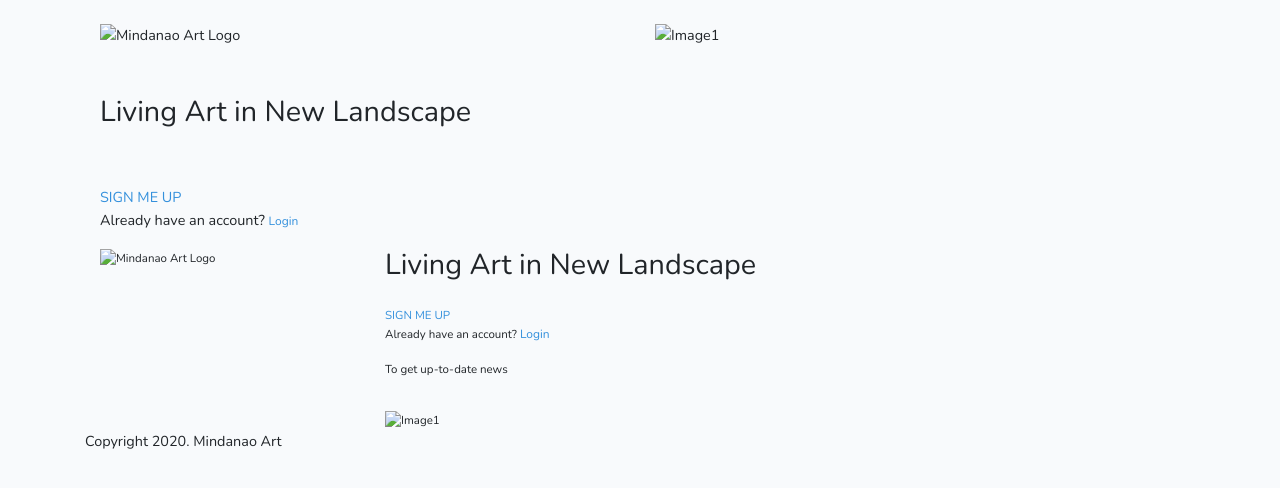
Repository: KleKlai/project-exodus
Page: http://localhost/
The author's editor kept a copy of each file at every save. The page is drawn from the files as they stood at one save, then again after the next save.
The browser window is 1280 px wide. The pictures show the whole page.
The page is served by the project's Laravel application, run on PHP 8.4 with Laravel 8.

Above is the page before, as saved 2020-10-02 18:40:37.

After the next save:
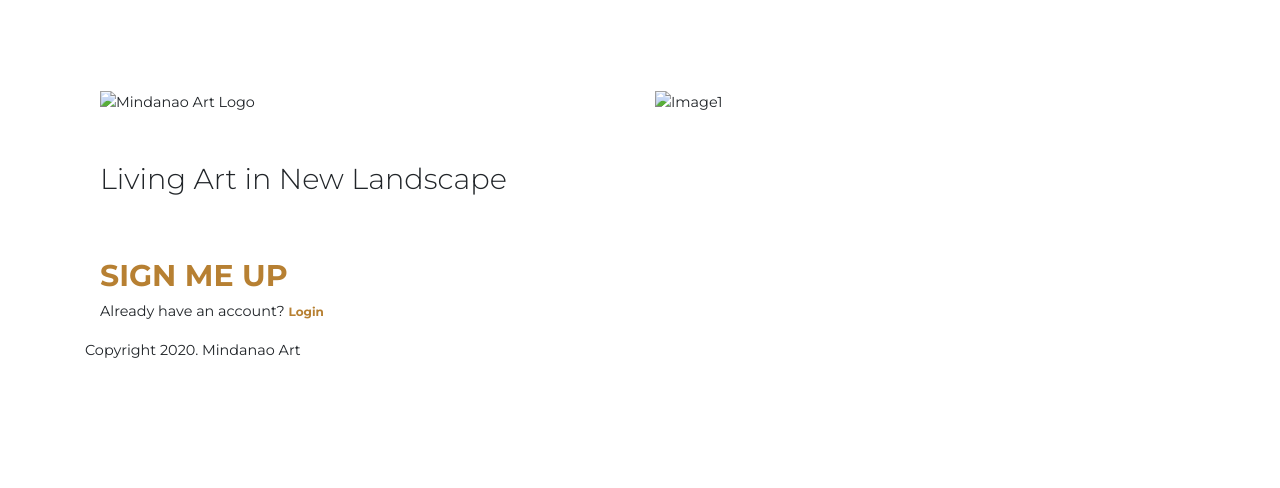
Saved 3 min 23 s later.
--- a/resources/views/welcome.blade.php
+++ b/resources/views/welcome.blade.php
@@ -22,6 +22,120 @@
 
         <!-- Styles -->
         <link href="{{ asset('css/app.css') }}" rel="stylesheet">
+
+        <style>
+            * {
+                font-family: 'Montserrat';
+            }
+
+            body {
+                background-color: white;
+            }
+
+            #pattern {
+                margin-top: 17px;
+                width: 100%;
+                background: url('/images/spattern.png');
+                background-repeat: repeat;
+                background-size: 34px 27px;
+            }
+
+            .picture {
+                width: 100%;
+            }
+
+            .small {
+                margin-top: 50px;
+                display: none;
+            }
+
+            .wide {
+                margin-top: 50px;
+            }
+
+            .column{
+                color: #b78032;
+                font-size: 35px;
+            }
+
+            #root {
+                display: grid;
+                justify-items: center;
+                grid-template-columns: 100px 10px 100px 10px 100px 10px 100px;
+                grid-template-areas:
+                    "day column1 hour column2 minute column3 second"
+                    "dayl . hourl . minutel . secondl";
+            }
+
+            h1, h2 {
+                font-weight: 300 !important;
+            }
+
+            .day { grid-area: day; font-size: 50px;}
+            .hour { grid-area: hour; font-size: 50px;}
+            .minute { grid-area: minute; font-size: 50px;}
+            .second { grid-area: second; font-size: 50px;}
+            .dayl { grid-area: dayl;}
+            .hourl { grid-area: hourl;}
+            .minutel { grid-area: minutel;}
+            .secondl { grid-area: secondl;}
+
+            .link {
+                font-size: 30px;
+                text-decoration: none;
+                color: #b78032;
+                font-weight: bold;
+            }
+
+            .link:hover{
+                text-decoration: none;
+                color: #5e4119;
+            }
+
+            @media (max-width: 992px) {
+                #root {
+                    display: grid;
+                    justify-items: center;
+                    grid-template-columns: 30px 10px 30px 10px 30px 10px 30px;
+                    grid-template-areas:
+                        "day column1 hour column2 minute column3 second"
+                        "dayl . hourl . minutel . secondl";
+                }
+
+                .day { grid-area: day; font-size: 25px; margin: 0;}
+                .hour { grid-area: hour; font-size: 25px; margin: 0;}
+                .minute { grid-area: minute; font-size: 25px; margin: 0;}
+                .second { grid-area: second; font-size: 25px; margin: 0;}
+                .dayl { grid-area: dayl; font-size: 10px; margin: 0;}
+                .hourl { grid-area: hourl; font-size: 10px; margin: 0;}
+                .minutel { grid-area: minutel; font-size: 10px; margin: 0;}
+                .secondl { grid-area: secondl; font-size: 10px; margin: 0;}
+
+                .column{
+                    color: #b78032;
+                    font-size: 15px;
+                    margin: 0;
+                }
+
+                .link {
+                    font-size: 20px;
+                }
+
+                .small {
+                    margin-top: 50px;
+                    display: block;
+                }
+
+                .wide {
+                    margin-top: 50px;
+                    display: none;
+                }
+
+                .footer {
+                    margin-top: 50px;
+                }
+            }
+        </style>
     </head>
     <body>
         <div>
